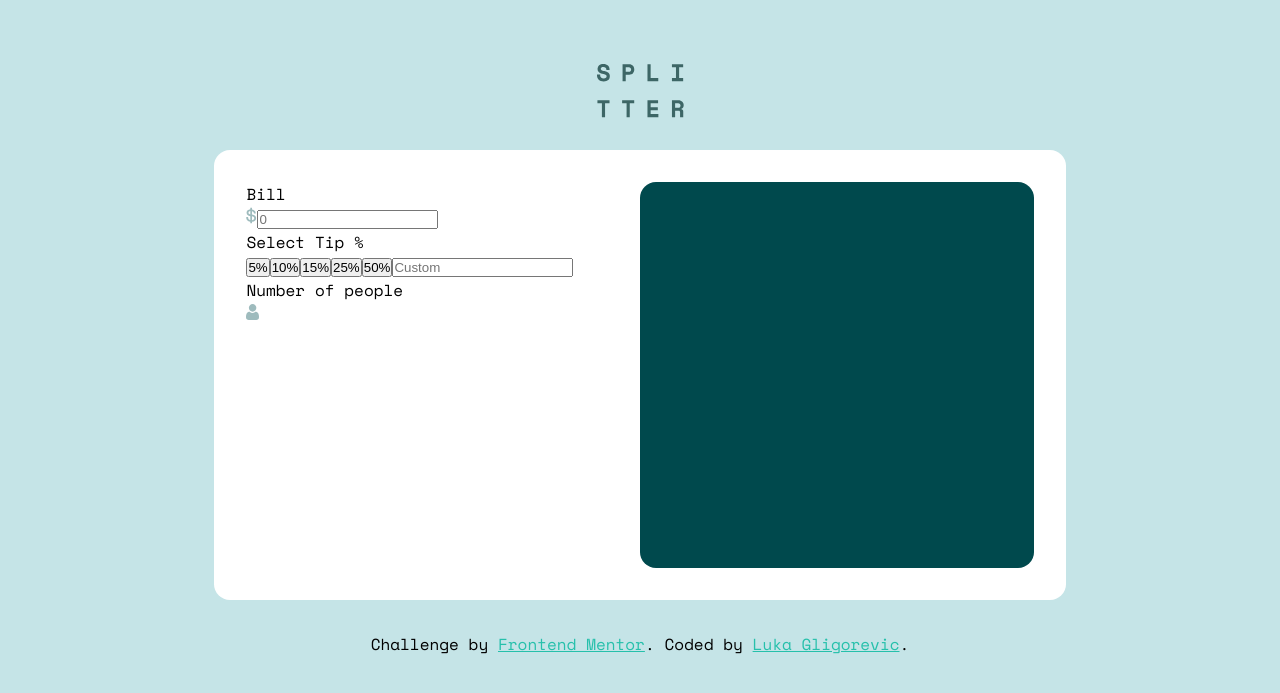
Repository: gligor99/tip-fmentor
Page: /
An editor plug-in stored every save of this project. The page is shown before and after the next save, followed by the edit.
The browser window is 1280 px wide. The pictures show the whole page.
The project was rebuilt for these pictures with package versions that can differ from the ones it lists, and the page was loaded fresh each time.

Above is the page before, as saved 2021-11-26 21:45:43.

After the next save:
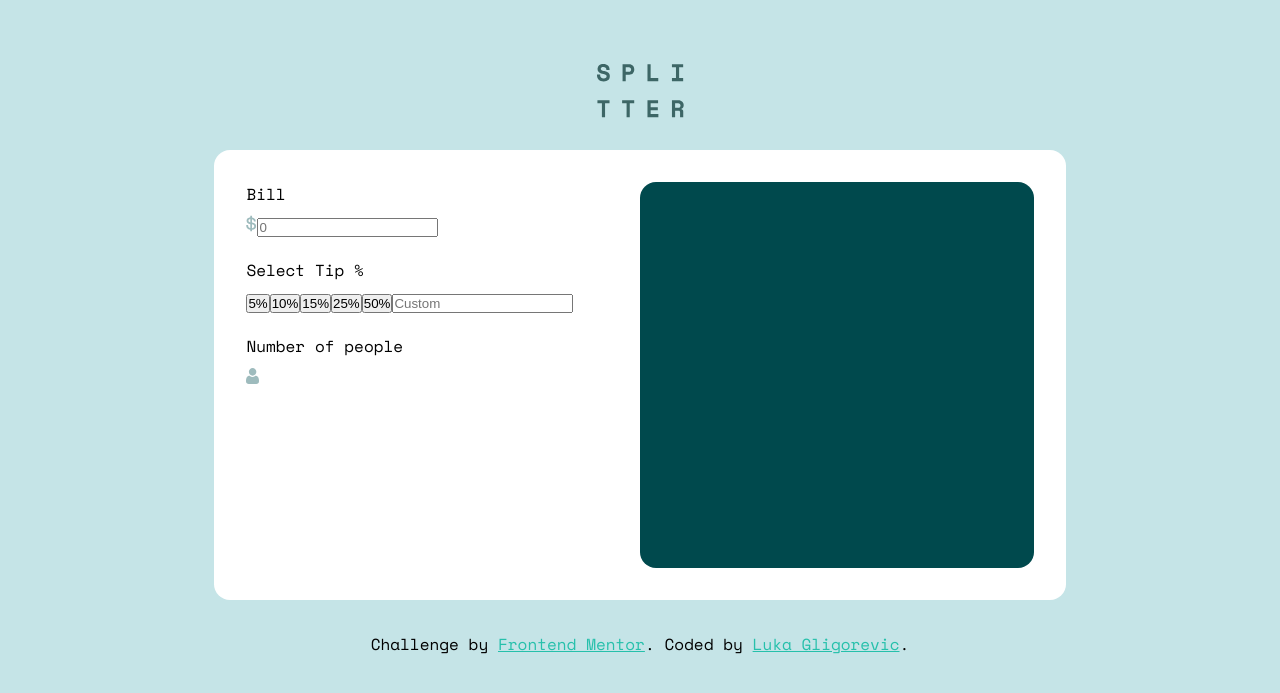
Saved 115 s later.
--- a/src/index.css
+++ b/src/index.css
@@ -73,6 +73,15 @@ body {
 .right-side{
   background-color: var(--clr-dark-cyan);
 }
+label{
+    display: inline-block;
+    margin-top: 20px;
+    margin-block-end: 0.5em;
+}
+
+label:nth-child(1){
+    margin-top: 0px;
+}
 
 
 
